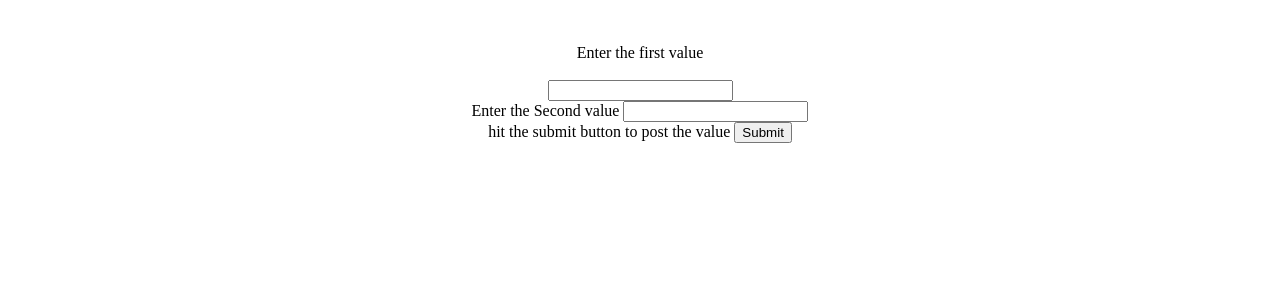
Repository: dhanasekar13/servlet
Page: mystore/war/login.html
The author's editor kept a copy of each file at every save. The page is drawn from the files as they stood at one save, then again after the next save.
The browser window is 1280 px wide. The pictures show the whole page.

Above is the page before, as saved 2017-05-08 18:07:58.

After the next save:
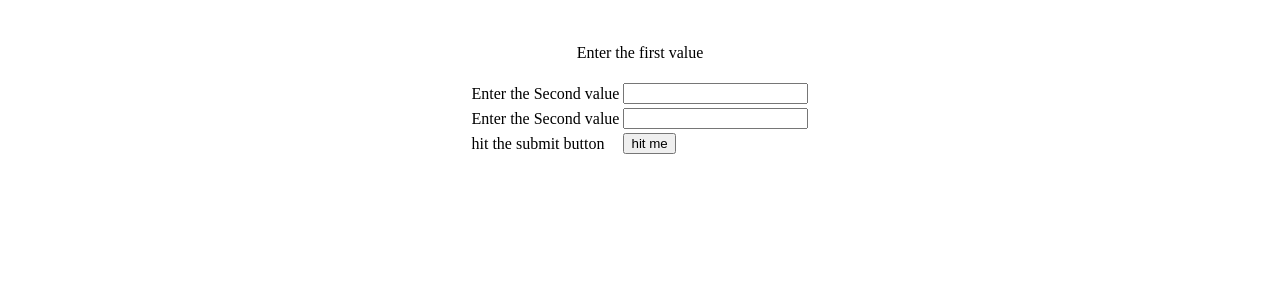
Saved 4 min 10 s later.
--- a/mystore/war/login.html
+++ b/mystore/war/login.html
@@ -4,12 +4,25 @@
 <br>
 <center>Enter the first value
 <form><br>
-<input type="text" name="a1" ><br>
-Enter the Second value
-<input type="text" name="a2" ><br>
-hit  the  submit button to post the value
-<input type="submit" name="hit me" >
-</form></center>
+<table>
+
+<tr>
+<td>Enter the Second value</td>
+<td><input type="text" name="a1" ></td>
+</tr>
+
+<tr>
+<td>Enter the Second value</td>
+<td><input type="text" name="a2" ></td>
+</tr>
+
+<tr>
+<td>hit the submit button </td>
+<td><input type="submit" value="hit me" ></td>
+</tr>
+</table>
+
+
 
 </body>
 </html>
